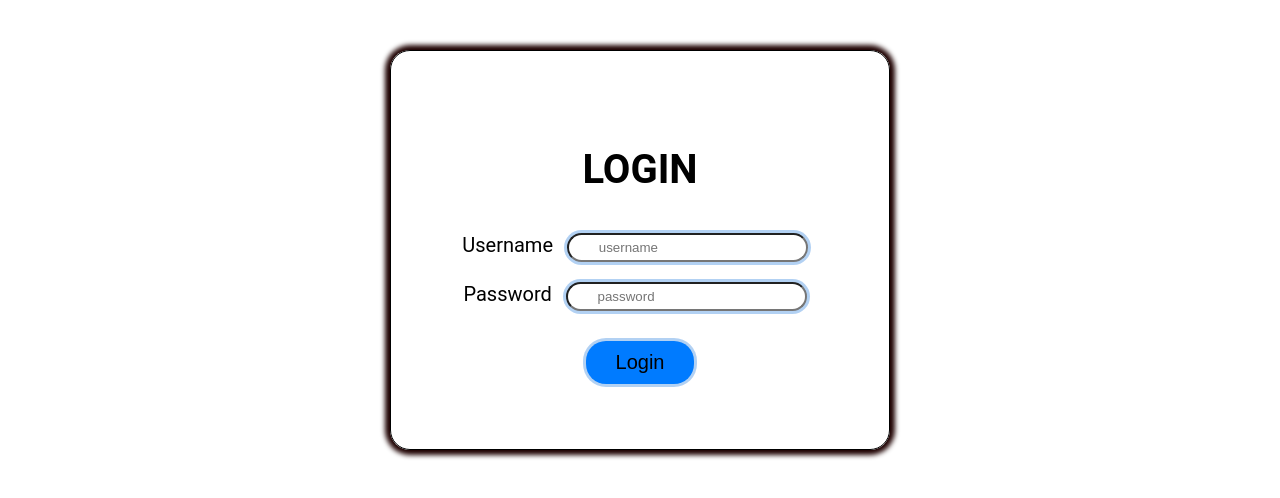
Repository: huyna1707/learning-git
Page: index.html
The author's editor kept a copy of each file at every save. The page is drawn from the files as they stood at one save, then again after the next save.
The browser window is 1280 px wide. The pictures show the whole page.
The pointer rests on the first visible `form button`.

Above is the page before, as saved 2024-08-09 23:33:27.

### index.html
<!DOCTYPE html>
<html>
<head>
    <title>Form Login</title>
    <link rel="stylesheet" href="style.css">
    <script defer src="main.js"></script>
</head>
<body>
    <form action="menu">
        <h4>LOGIN</h4>
        <div class="user">
            <label for="username">Username</label>
            <input type="text" placeholder="username" id="username">
        </div>
        <div class="pass">
            <label for="passworld">Password</label>
            <input type="password" placeholder="password" id="password">
        </div>
        <button type="button" onclick="login()">Login</button>
    </form>
</body>
</html>

### style.css
*{
    margin: 0;
    padding: 0;
    box-sizing: border-box;
}

html{
    font-size: 15px;
    font-family: 'Roboto', sans-serif;
    display: flex;
    justify-content: center;
    align-items: center;
}

form{
    width: 500px;
    height: 400px;
    display: flex;
    flex-direction: column;
    justify-content: center;
    align-items: center;
    margin: 50px 0;
    border: 1px solid black;
    border-radius: 20px;
    box-shadow: rgb(30, 0, 0) 0 0 5px 5px;
}

form h4{
    font-size: 40px;
    font-weight: 600;
    margin: 30px;;
}
form label{
    font-size : 20px;
}
form input{
    border-radius: 20px;
    padding: 5px 30px;
    box-shadow: rgba(3, 102, 214, 0.3) 0px 0px 0px 3px;
    margin : 10px;
}

form button{
    border: none;
    border-radius: 20px;
    font-size: 20px;
    padding: 10px 30px;
    background-color: #007bff;
    color: white;
    box-shadow: rgba(3, 102, 214, 0.3) 0px 0px 0px 3px;
    margin-top : 20px;
}

form button:hover{
    color: black;
    padding: ;
    transition: 0.3s ease;
}

### main.js
// window.prompt('What is your name?');

After the next save:
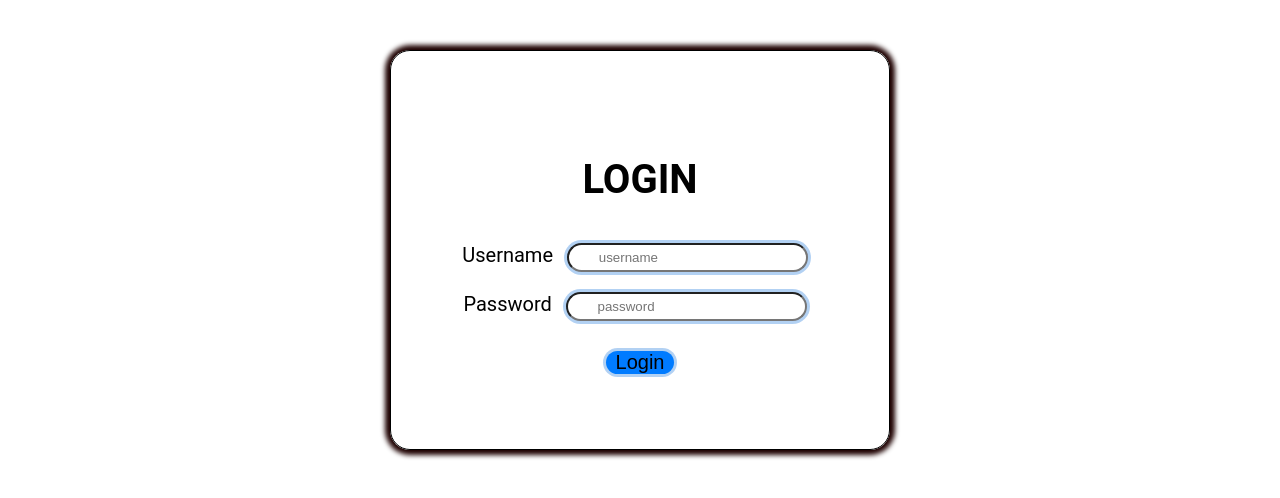
Saved 5 s later.
--- a/style.css
+++ b/style.css
@@ -53,6 +53,6 @@
 
 form button:hover{
     color: black;
-    padding: ;
+    padding: 0 10px;
     transition: 0.3s ease;
 }

After the 3 saves that followed:
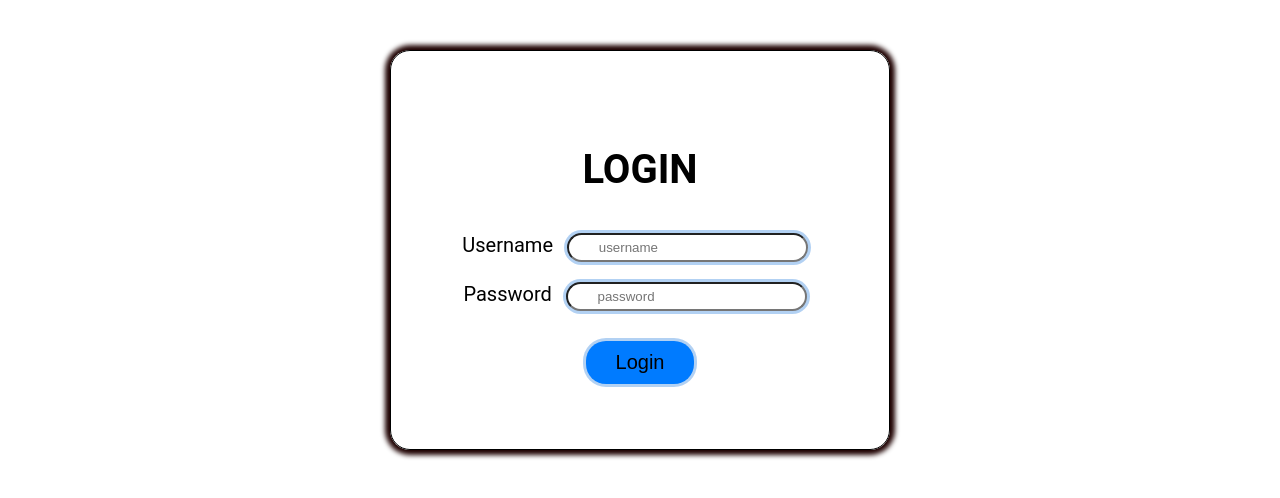
The 3 saves are shown as one change because they came seconds apart.
The last was saved 13 s later.
--- a/style.css
+++ b/style.css
@@ -53,6 +53,6 @@
 
 form button:hover{
     color: black;
-    padding: 0 10px;
+    padding: 10 40px;
     transition: 0.3s ease;
 }
